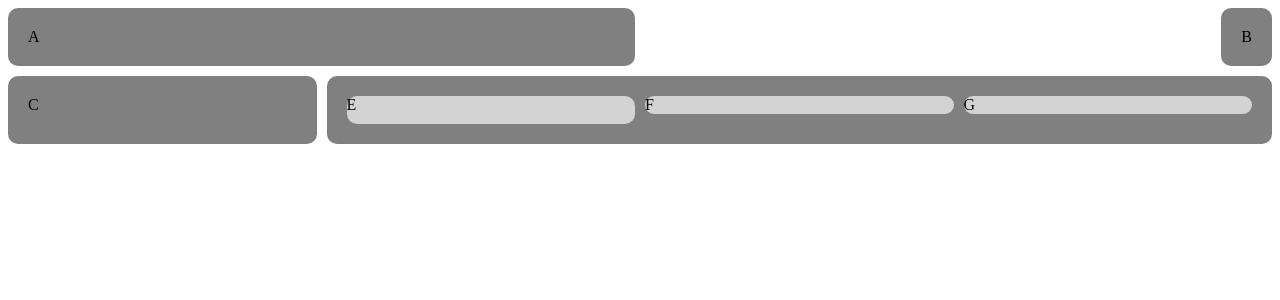
Repository: Yevhen94/nixhw
Page: fourth-lesson/index.html
An editor plug-in stored every save of this project. The page is shown before and after the next save, followed by the edit.
The browser window is 1280 px wide. The pictures show the whole page.

Above is the page before, as saved 2022-02-08 16:01:15.

### fourth-lesson/index.html
<!DOCTYPE html>
<html lang="en">
  <head>
    <meta charset="UTF-8" />
    <meta http-equiv="X-UA-Compatible" content="IE=edge" />
    <meta name="viewport" content="width=device-width, initial-scale=1.0" />
    <link rel="stylesheet" href="./styles/index.css" />
    <title>Flex+Grid</title>
  </head>
  <body>
    <!-- <div class="first-ex">
      <div class="block block--yellow">
        <span>A</span>
      </div>
      <div class="block block--yellow">
        <span>B</span>
      </div>
      <div class="block block--yellow">
        <span>C</span>
      </div>
      <div class="block block--pink">
        <span>D</span>
      </div>
      <div class="block block--pink">
        <span>E</span>
      </div>
      <div class="block block--pink">
        <span>F</span>
      </div>
      <div class="block block--green">
        <span>G</span>
      </div>
      <div class="block block--green">
        <span>H</span>
      </div>
      <div class="block block--green">
        <span>I</span>
      </div>
      <div class="block block--blue">
        <span>J</span>
      </div>
      <div class="block block--blue">
        <span>K</span>
      </div>
      <div class="block block--blue">
        <span>L</span>
      </div>
    </div> -->
    <!-- <div class="second-ex">
      <div class="resp-block two-in-one">
        <span>A</span>
      </div>
      <div class="resp-block">
        <span>B</span>
      </div>
      <div class="resp-block">
        <span>C</span>
      </div>
      <div class="resp-block">
        <span>D</span>
      </div>
      <div class="resp-block">
        <span>E</span>
      </div>
      <div class="resp-block">
        <span>F</span>
      </div>
      <div class="resp-block four-in-one">
        <span>G</span>
      </div>
      <div class="resp-block">
        <span>H</span>
      </div>
      <div class="resp-block">
        <span>I</span>
      </div>
      <div class="resp-block">
        <span>J</span>
      </div>
      <div class="resp-block three-in-one">
        <span>K</span>
      </div>
      <div class="resp-block">
        <span>L</span>
      </div>
      <div class="resp-block">
        <span>M</span>
      </div>
    </div> -->
    <div class="third-ex">
      <div class="item">
        <span>A</span>
      </div>
      <div class="item">
        <span>B</span>
      </div>
      <div class="item two-row-item">
        <span>C</span>
      </div>
      <div class="item subgrid">
        <div class="subitem subitem-first">
          <span>E</span>
        </div>
        <div class="subitem">
          <span>F</span>
        </div>
        <div class="subitem">
          <span>G</span>
        </div>
      </div>
    </div>
  </body>
</html>

### fourth-lesson/styles/index.css
.first-ex {
  grid-template-columns: repeat(3, 1fr);
  display: grid;
  gap: 10px;
}

.block {
  justify-content: center;
  align-items: center;
  min-height: 150px;
  font-weight: bold;
  min-width: 150px;
  font-size: 30px;
  display: flex;
}

.block--yellow {
  background-color: yellow;
  justify-self: end;
}

.block--pink {
  background-color: pink;
  justify-self: start;
}

.block--green {
  background-color: lightgreen;
  justify-self: center;
}

.block--blue {
  background-color: lightblue;
}

.second-ex {
  grid-template-columns: repeat(auto-fill, minmax(200px, 1fr));
  display: grid;
  gap: 10px;
}

.resp-block {
  background-color: lightgrey;
  justify-content: center;
  align-items: center;
  border-radius: 20px;
  font-weight: bold;
  font-size: 30px;
  padding: 20px;
  display: flex;
}

.two-in-one {
  grid-column: 1 / span 2;
}

.four-in-one {
  grid-column-end: span 2;
  grid-row-end: span 2;
}

.three-in-one {
  grid-column-end: span 3;
}

.third-ex {
  grid-template-columns: repeat(4, 1fr);
  display: grid;
  gap: 10px;
}

.item {
  background-color: grey;
  border-radius: 10px;
  padding: 20px;
}

.item:nth-child(1) {
  grid-column-end: span 2;
}

.item:nth-child(2) {
  grid-column-end: span 2;
  justify-self: end;
}

.item:nth-child(3) {
  grid-column-end: span 1;
  grid-row-end: span 2;
}

.item:nth-child(4) {
  grid-column-end: span 3;
  grid-row-end: span 2;
}

.subgrid {
  grid-template-columns: subgrid;
  grid-template-rows: subgrid;
  display: grid;
}

.subitem {
  background-color: lightgray;
  border-radius: 10px;
}

.subitem-first {
  grid-row-end: span 2;
  grid-column: 1;
}

After the next save:
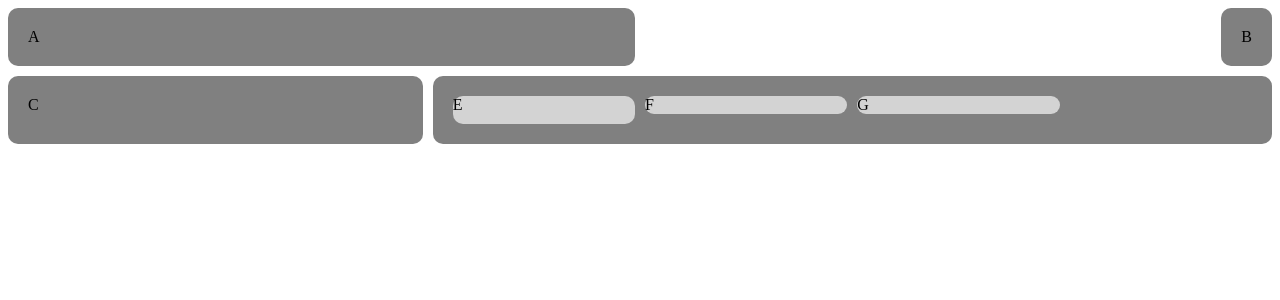
Saved 68 s later.
--- a/fourth-lesson/styles/index.css
+++ b/fourth-lesson/styles/index.css
@@ -64,7 +64,7 @@
 }
 
 .third-ex {
-  grid-template-columns: repeat(4, 1fr);
+  grid-template-columns: repeat(6, 1fr);
   display: grid;
   gap: 10px;
 }
@@ -76,21 +76,21 @@
 }
 
 .item:nth-child(1) {
-  grid-column-end: span 2;
+  grid-column-end: span 3;
 }
 
 .item:nth-child(2) {
-  grid-column-end: span 2;
+  grid-column-end: span 3;
   justify-self: end;
 }
 
 .item:nth-child(3) {
-  grid-column-end: span 1;
+  grid-column-end: span 2;
   grid-row-end: span 2;
 }
 
 .item:nth-child(4) {
-  grid-column-end: span 3;
+  grid-column-end: span 4;
   grid-row-end: span 2;
 }
 
